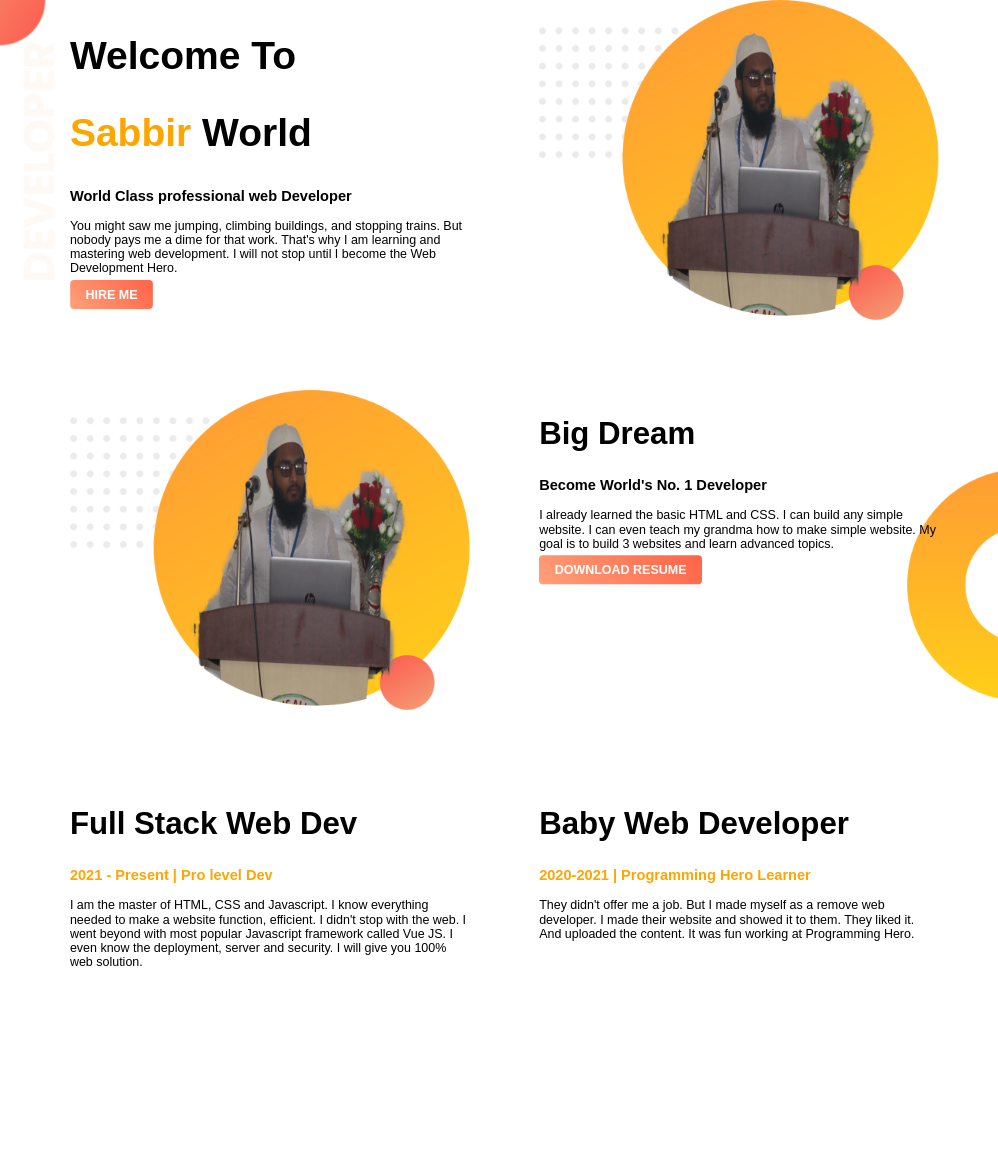
Repository: sabbircse3/web-protfolio
Page: index.html
An editor plug-in stored every save of this project. The page is shown before and after a run of saves, followed by the edit.
The browser window is 1280 px wide. The pictures show the whole page, at 78% of full size.

Above is the page before, as saved 2021-01-04 10:38:30.

After the next 4 saves:
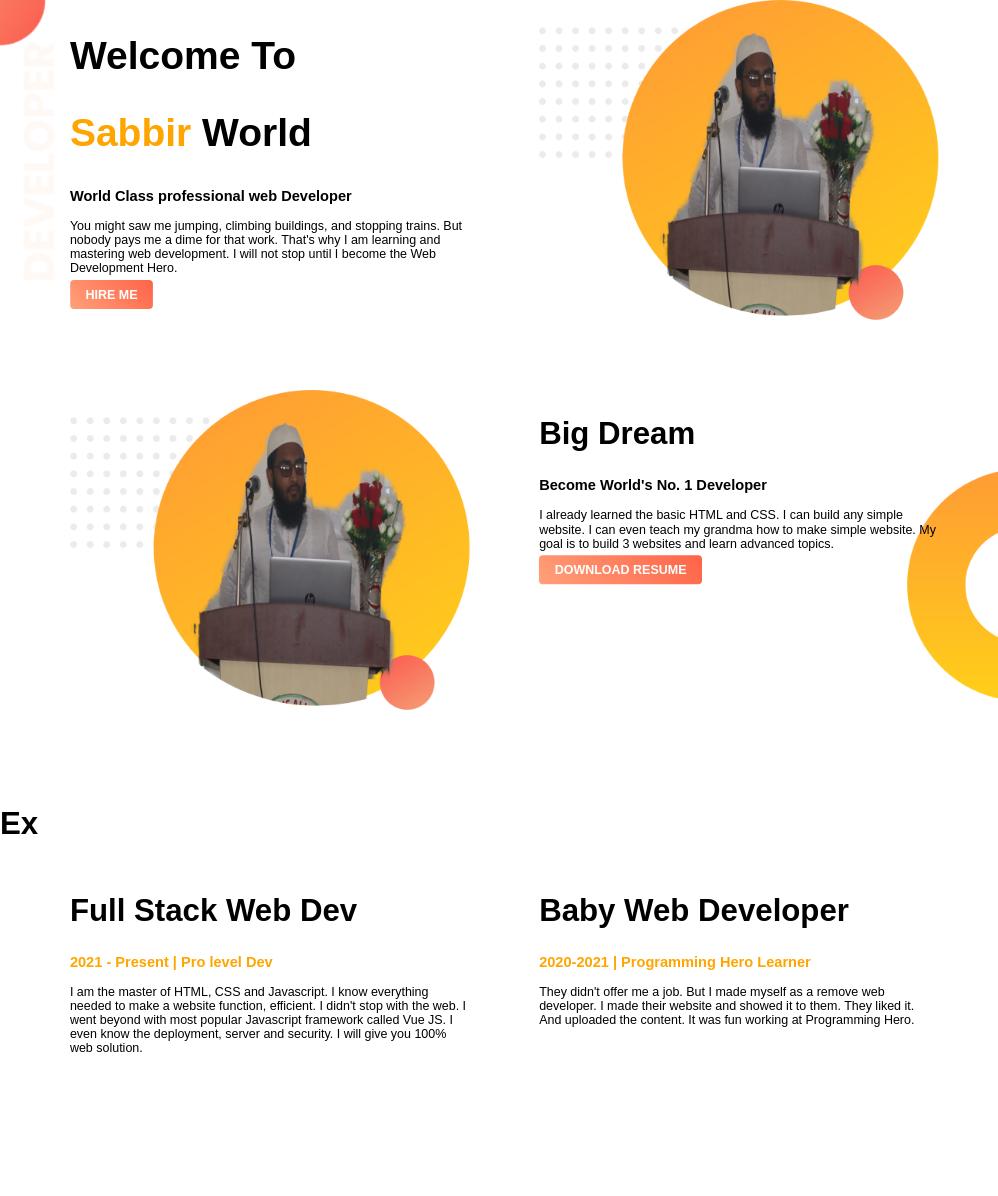
The 4 saves are shown as one change because they came seconds apart.
The last was saved 47 s later.
--- a/index.html
+++ b/index.html
@@ -38,6 +38,7 @@
     </section>
 
     <section class="experience-area">
+        <h2>Ex</h2>
         <div class="half-width">
             <h2>Full Stack Web Dev</h2>
             <h3 class="orange-highlight">2021 - Present | Pro level Dev</h3>
